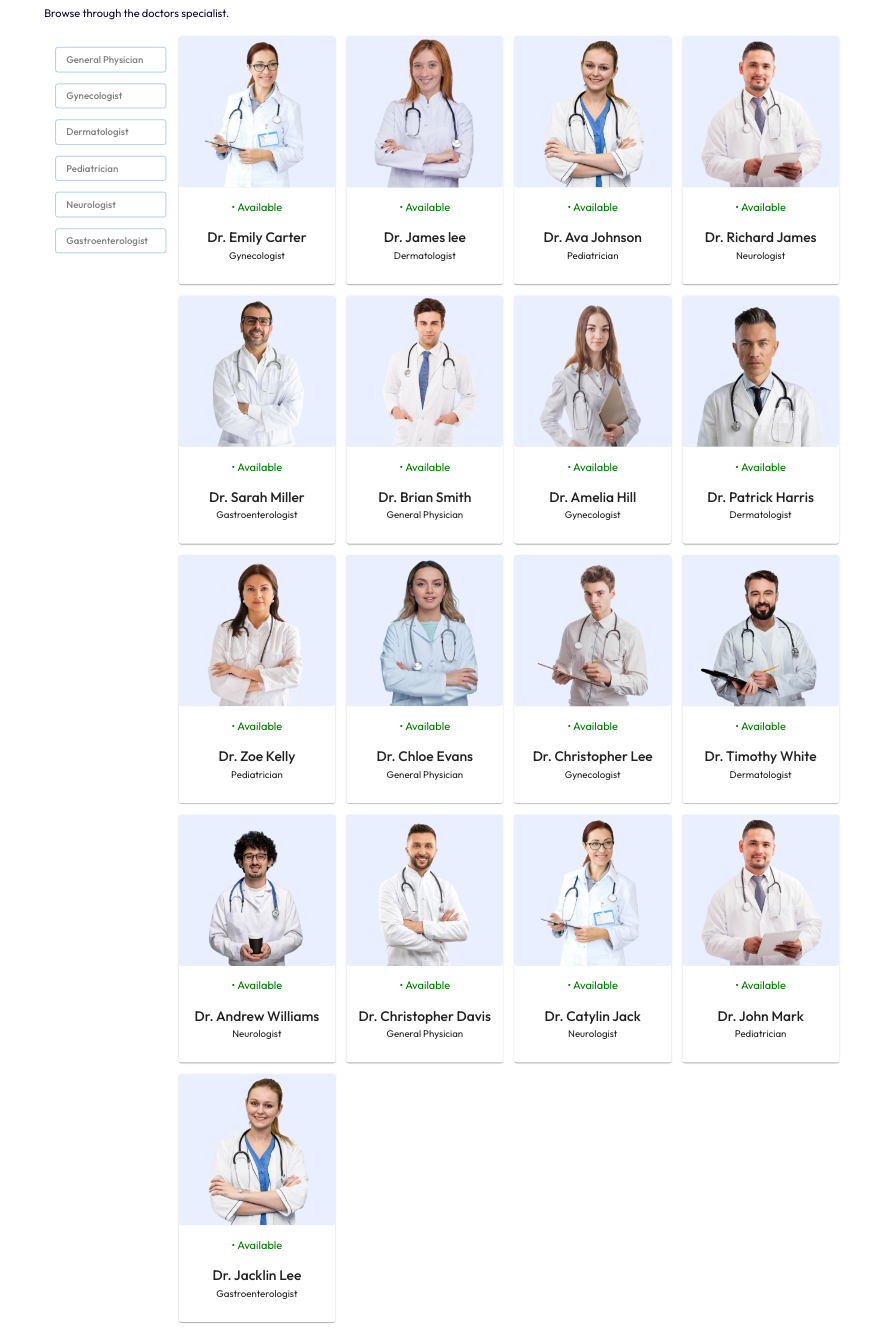
Repository: Ali-Dmerdash/DEPI_GRAD
Page: /
These files come from the project's save history. The page is drawn as it stood at one moment and after the next save; the edit follows.
The browser window is 1280 px wide. The pictures show the whole page, at 69% of full size.
The project was rebuilt for these pictures with package versions that can differ from the ones it lists, and the page was loaded fresh each time. Also part of the build but not shown: vite.config.ts.

Above is the page before, as saved 2024-10-05 22:47:37.

After the next save:
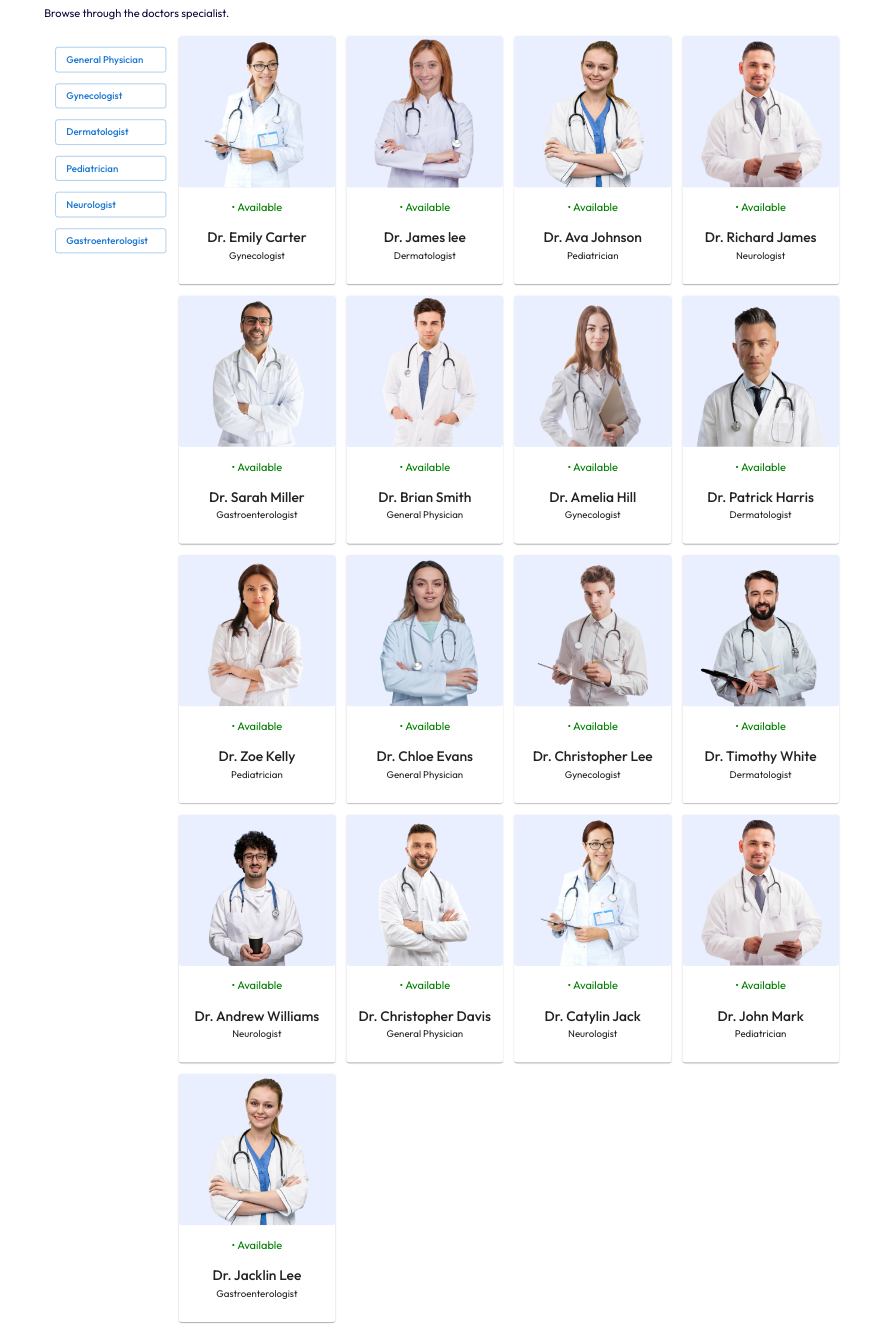
Saved 17 s later.
--- a/src/pages/doctors/index.tsx
+++ b/src/pages/doctors/index.tsx
@@ -191,7 +191,6 @@ const Doctors: React.FC = () => {
                 }
                 fullWidth
                 sx={{
-                  color: "gray",
                   marginBottom: 2,
                   justifyContent: "flex-start",
                   textTransform: "none",
